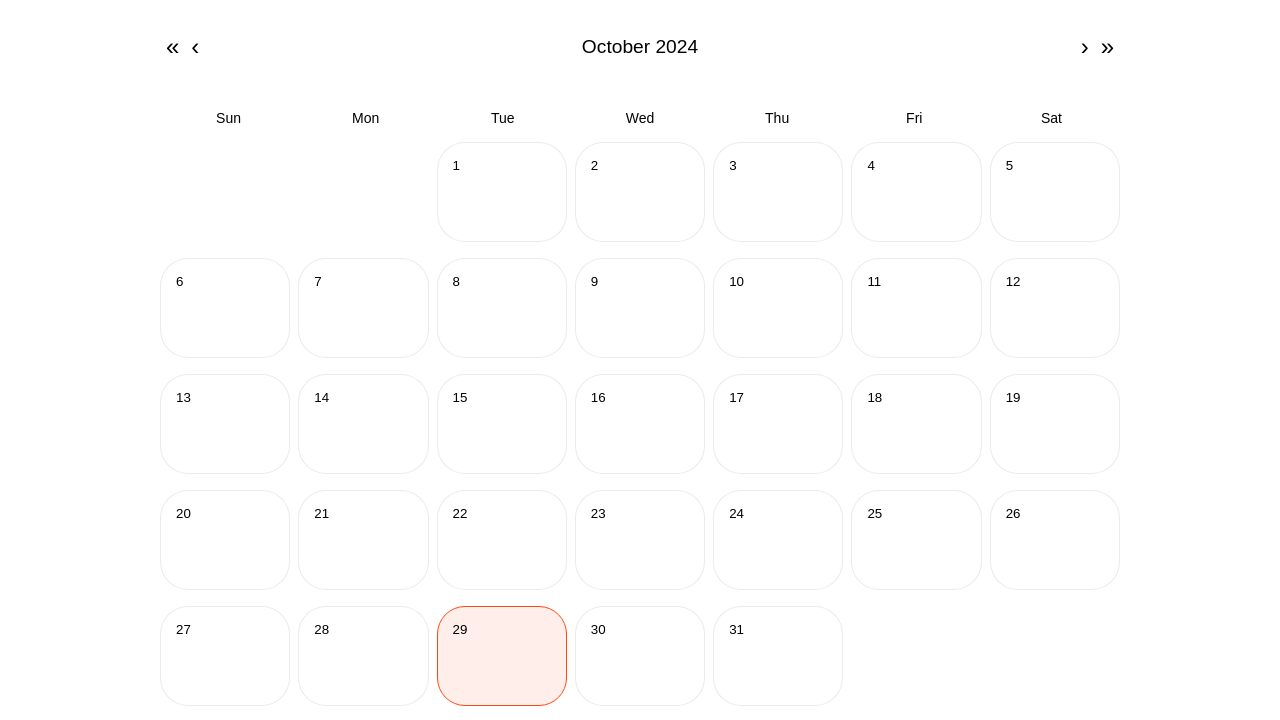
Repository: prgrms-fe-devcourse/NFE1-1-3-MOODI
Page: /
These files come from the project's save history. The page is drawn as it stood at one moment and after a run of saves; the edit follows.
The browser window is 1280 px wide. The pictures show the whole page.
The page's requests for data from a server got no answer. Some web fonts or font styles are not loaded; a fallback is used. The project was rebuilt for these pictures with package versions that can differ from the ones it lists, and the page was loaded fresh each time. No one was signed in, and anything a server would have sent is missing. Also part of the build but not shown: webpack.config.js.

Above is the page before, as saved 2024-10-29 14:51:00.

### public/index.html
<!doctype html>
<html lang="en">
    <head>
        <meta charset="UTF-8" />
        <meta http-equiv="X-UA-Compatible" content="IE=edge" />
        <meta name="viewport" content="width=device-width, initial-scale=1.0" />
        <link
            rel="stylesheet"
            type="text/css"
            href="https://cdn.jsdelivr.net/gh/orioncactus/pretendard/dist/web/static/pretendard.css"
        />
        <title>Webpack without CRA</title>
    </head>
    <body>
        <div id="root"></div>
    </body>
</html>

### src/app/Index.tsx
import React from 'react';
import ReactDOM from 'react-dom/client';
import App from './App';

const rootElement = document.getElementById('root')!;

const root = ReactDOM.createRoot(rootElement);

root.render(
    <React.StrictMode>
        <App />
    </React.StrictMode>
);

### src/app/App.tsx
import React from 'react';
import GlobalStyles from './styles/globalStyles';
import { QueryClient, QueryClientProvider } from '@tanstack/react-query';
import Calendar from '../features/calendar/index';

const queryClient = new QueryClient();

const App: React.FC = () => {
    return (
        <QueryClientProvider client={queryClient}>
            <GlobalStyles />
            <Calendar />
        </QueryClientProvider>
    );
};

export default App;

### src/app/styles/globalStyles.ts
import { createGlobalStyle } from 'styled-components';

const GlobalStyles = createGlobalStyle`

  /* CSS Reset */
  html,
  body,
  div,
  span,
  applet,
  object,
  iframe,
  h1,
  h2,
  h3,
  h4,
  h5,
  h6,
  p,
  blockquote,
  pre,
  a,
  abbr,
  acronym,
  address,
  big,
  cite,
  code,
  del,
  dfn,
  em,
  img,
  ins,
  kbd,
  q,
  s,
  samp,
  small,
  strike,
  strong,
  sub,
  sup,
  tt,
  var,
  b,
  u,
  i,
  center,
  dl,
  dt,
  dd,
  ol,
  ul,
  li,
  fieldset,
  form,
  label,
  legend,
  table,
  caption,
  tbody,
  tfoot,
  thead,
  tr,
  th,
  td,
  article,
  aside,
  canvas,
  details,
  embed,
  figure,
  figcaption,
  footer,
  header,
  hgroup,
  menu,
  nav,
  section {
    margin: 0;
    padding: 0;
    border: 0;
    font-size: 100%;
    font: inherit;
    vertical-align: baseline;
  }
  article,
  aside,
  details,
  figcaption,
  figure,
  footer,
  header,
  hgroup,
  menu,
  nav,
  section {
    display: block;
  }
  *[hidden] {
    display: none;
  }
  body {
    line-height: 1;
    font-family: 'Pretendard', sans-serif;
  }
  ol,
  ul {
    list-style: none;
  }
  blockquote,
  q {
    quotes: none;
  }
  blockquote:before,
  blockquote:after,
  q:before,
  q:after {
    content: '';
    content: none;
  }
  table {
    border-collapse: collapse;
    border-spacing: 0;
  }
  *,
  *::before,
  *::after {
    box-sizing: border-box;
  }
  body {
    margin: 0;
    padding: 0;
    overflow-y: scroll;
  }
  a{
    color: black;
    text-decoration-line: none;
  }
`;

export default GlobalStyles;

### src/features/calendar/index.tsx
import CalendarUi from './calendar-ui/CalendarUi';
import { CalendarWrapper } from './indexCss';

const Calendar = () => {
    return (
        <CalendarWrapper>
            <CalendarUi />
        </CalendarWrapper>
    );
};

export default Calendar;

### src/features/calendar/calendar-ui/CalendarUi.tsx
import { StyledCalendar, DateInnerContent } from './calendarUiCss';
import { Value } from 'react-calendar/dist/cjs/shared/types';
import { useState, useEffect } from 'react';
import moment from 'moment';
import { calendarDataFetch } from '../calendar-logic/calendarDataFetch';
import {
    getActiveMonth,
    handleTileClick
} from '../calendar-logic/calendarLogic';
import { getEmoticonPath } from '../get-emotion-path/getEmotionPath';

const CalendarUi: React.FC = () => {
    const curDate = new Date();
    const [vlu, onChange] = useState(curDate);
    const monthOfActiveDate = moment(vlu).format('YYYY-MM');
    const [activeMonth, setActiveMonth] = useState(monthOfActiveDate);
    const [fetchedData, setFetchedData] = useState<
        { id: number; created_date: string; emotion: string | null }[]
    >([]);
    const weekDays = ['Sun', 'Mon', 'Tue', 'Wed', 'Thu', 'Fri', 'Sat'];

    // fetchedData에 데이터를 저장
    const loadDates = async () => {
        const data = await calendarDataFetch(activeMonth);
        if (data) {
            const dates = data.map(
                (entry: {
                    id: number;
                    created_date: string;
                    emotion: string | null;
                }) => ({
                    id: entry.id,
                    created_date: moment(entry.created_date).format(
                        'YYYY-MM-DD'
                    ),
                    emotion: entry.emotion
                })
            );
            setFetchedData(dates);
        }
    };

    // 일기 여부에 따라 class주어주기
    const getTileClassName = (dateparam: Date): string => {
        const dateString = moment(dateparam).format('YYYY-MM-DD');
        const isCheckedDate = fetchedData.some(
            (entry) => entry.created_date === dateString
        );

        return isCheckedDate ? 'diary-date' : 'nodiary-date';
    };

    // fetchedData에서 아이템마다 id와 emotion 데이터 넣기
    const getTileContent = ({ date }: { date: Date }) => {
        const dateString = moment(date).format('YYYY-MM-DD');
        const matchedEntry = fetchedData.find(
            (entry) => entry.created_date === dateString
        );

        if (matchedEntry && matchedEntry.emotion) {
            return (
                <DateInnerContent
                    data-id={matchedEntry.id}
                    emotion={getEmoticonPath(matchedEntry.emotion)}
                    className="custom-tile-content"
                />
            );
        }
        return null; // 해당 날짜와 일치하는 데이터가 없으면 null 반환
    };

    useEffect(() => {
        loadDates();
    }, [activeMonth]);

    return (
        <StyledCalendar
            onActiveStartDateChange={({ activeStartDate }) =>
                getActiveMonth(activeStartDate, setActiveMonth)
            }
            formatDay={(locale, d) => d.getDate().toString()}
            formatShortWeekday={(locale, d) => weekDays[d.getDay()]}
            tileClassName={({ date }) => getTileClassName(date)}
            onClickDay={(date, event) => handleTileClick(event)}
            tileContent={getTileContent}
        />
    );
};

export default CalendarUi;

### src/features/calendar/indexCss.ts
import styled from 'styled-components';

export const CalendarWrapper = styled.div`
    display: flex;
    justify-content: center;
`;

### src/features/calendar/calendar-ui/calendarUiCss.ts
import Calendar, { CalendarType } from 'react-calendar';
import styled from 'styled-components';

export const StyledCalendar = styled(Calendar).attrs({
    calendarType: 'gregory' as CalendarType
})`
    width: 100%;
    max-width: 960px;
    background-color: rgba(255, 255, 255, 1);
    border: none;
    font-family: 'Pretendard', sans-serif;

    //년월컨테이너
    .react-calendar__navigation {
        display: flex;
        padding: 2rem 0;

        //년월선택ui
        button {
            border: none;
            border-radius: 10px;
            background-color: white;
            outline: none;
            font-size: 1.5rem;
            font-family: 'Pretendard', sans-serif;
            &:hover {
                background-color: rgba(0, 0, 0, 0.05);
                cursor: pointer;
            }
        }

        //년월텍스트
        .react-calendar__navigation__label {
            font-size: 1.2rem;
        }
    }

    //날짜/년월/10년 아이템
    .react-calendar__tile {
        max-width: initial !important;
        padding: 15px;
        height: 100px;
        background-color: white;
        border-radius: 28px;
        border: 1px solid rgba(0, 0, 0, 0.2);
        display: flex;
        flex-direction: column;
        justify-content: space-between;
        &:hover {
            background-color: rgba(0, 0, 0, 0.05);
            cursor: pointer;
        }
    }

    //10년박스
    .react-calendar__century-view__decades {
        display: grid !important;
        grid-template-columns: repeat(4, 1fr);
        column-gap: 0.5rem;
        row-gap: 1rem;
    }

    //년박스
    .react-calendar__decade-view__years {
        display: grid !important;
        grid-template-columns: repeat(4, 1fr);
        column-gap: 0.5rem;
        row-gap: 1rem;
    }

    //월박스
    .react-calendar__year-view__months {
        display: grid !important;
        grid-template-columns: repeat(4, 1fr);
        column-gap: 0.5rem;
        row-gap: 1rem;
    }

    //날짜박스
    .react-calendar__month-view__days {
        display: grid !important;
        grid-template-columns: repeat(7, 1fr);
        column-gap: 0.5rem;
        row-gap: 1rem;

        // 체크된 날짜 스타일
        .diary-date {
            border: 1px solid rgba(0, 0, 0, 0.25);
        }

        // 체크되지 않은 날짜 스타일
        .nodiary-date {
            border: 1px solid rgba(0, 0, 0, 0.08);
            position: relative;
            &:hover {
                background-color: rgba(0, 0, 0, 0.1);
                cursor: pointer;
            }
            &:hover::after {
                content: '';
                display: block;
                position: absolute;
                top: 50%;
                left: 50%;
                transform: translate(-40%, -40%);
                width: 20px;
                height: 20px;
                background-size: contain;
                background-repeat: no-repeat;
                background-image: url('calendar_plus.svg');
            }
        }

        // 앞뒤월의 날
        .react-calendar__month-view__days__day--neighboringMonth {
            visibility: hidden !important;
            pointer-events: none !important;
        }

        // 현재날짜
        .react-calendar__tile--now {
            background-color: #ffeee9;
            border: 1px solid #ff480e;
            color: black;
        }
    }

    //요일박스
    .react-calendar__month-view__weekdays {
        padding: 1rem 0;
        //요일아이템
        .react-calendar__month-view__weekdays__weekday {
            text-align: center;
            abbr {
                font-size: 14px;
                text-decoration: none;
            }
        }
    }
`;

interface DateInnerContentProps {
    emotion: string | null;
}

export const DateInnerContent = styled.div<DateInnerContentProps>`
    background-image: url(${(props) => props.emotion});
    width: 40px;
    height: 40px;
    background-size: contain;
    background-repeat: no-repeat;
    align-self: flex-end;
`;

### src/features/calendar/calendar-logic/calendarDataFetch.tsx
export const calendarDataFetch = async (activeMonth: string) => {
    const split = activeMonth.split('-');
    try {
        const response = await fetch(
            `https://td3axvf8x7.execute-api.ap-northeast-2.amazonaws.com/moodi/diary?limit=40&user_email=annawa6@naver.com.com&year=${split[0]}&month=${split[1]}`
        );
        if (!response.ok) {
            throw new Error('데이터를 가져오는데 실패했습니다.');
        }
        const data = await response.json();
        return data;
    } catch (error) {
        console.error(error);
        return null;
    }
};

### src/features/calendar/calendar-logic/calendarLogic.tsx
import moment from 'moment';

export const handleTileClick = (event: React.MouseEvent<HTMLButtonElement>) => {
    const target = event.currentTarget.querySelector(
        '.custom-tile-content'
    ) as HTMLElement;
    const id = target?.getAttribute('data-id');

    if (id) {
        alert(`${id}로 이동`);
    } else {
        alert('일기 작성 페이지로 이동.');
    }
};

export const getActiveMonth = (
    activeStartDate: moment.MomentInput,
    setActiveMonth: React.Dispatch<React.SetStateAction<string>>
) => {
    const newActiveMonth = moment(activeStartDate).format('YYYY-MM');
    setActiveMonth(newActiveMonth);
};

### src/features/calendar/get-emotion-path/getEmotionPath.ts
export const getEmoticonPath = (emotion: string) => {
    const emotionMap: Record<string, string> = {
        기뻐요: 'emoji_happy',
        '자신 있어요': 'emoji_confident',
        감사해요: 'emoji_grateful',
        편안해요: 'emoji_comfortable',
        신이나요: 'emoji_excited',
        즐거워요: 'emoji_fun',
        만족스러워요: 'emoji_satisfied',
        사랑스러워요: 'emoji_lovely',
        모르겠어요: 'emoji_not_sure',
        부끄러워요: 'emoji_embarrassed',
        놀라워요: 'emoji_surprised',
        '아무생각이 없어요': 'emoji_blank',
        슬퍼요: 'emoji_sad',
        우울해요: 'emoji_depressed',
        실망스러워요: 'emoji_disappointed',
        후회돼요: 'emoji_regret',
        짜증나요: 'emoji_annoyed',
        화나요: 'emoji_angry',
        외로워요: 'emoji_lonley',
        충격받았어요: 'emoji_shocked',
        곤란해요: 'emoji_awkward'
    };

    const svgName = emotionMap[emotion];
    if (!svgName) {
        return null; // 매칭되는 감정이 없을 경우
    }

    return `emoji/${svgName}.svg`;
};

After the next 4 saves:
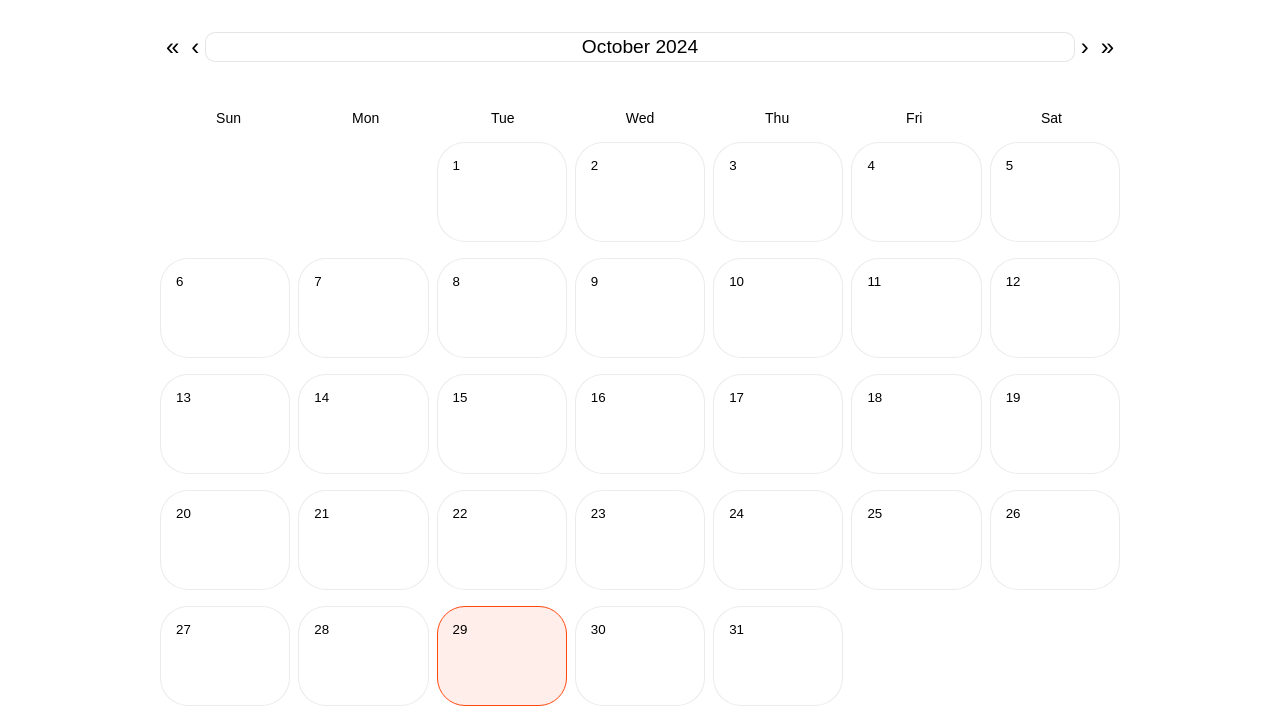
The 4 saves are shown as one change because they came seconds apart.
The last was saved 26 s later.
--- a/src/features/calendar/calendar-ui/calendarUiCss.ts
+++ b/src/features/calendar/calendar-ui/calendarUiCss.ts
@@ -32,6 +32,7 @@ export const StyledCalendar = styled(Calendar).attrs({
         //년월텍스트
         .react-calendar__navigation__label {
             font-size: 1.2rem;
+            border: 1px solid rgba(0, 0, 0, 0.1);
         }
     }
 
